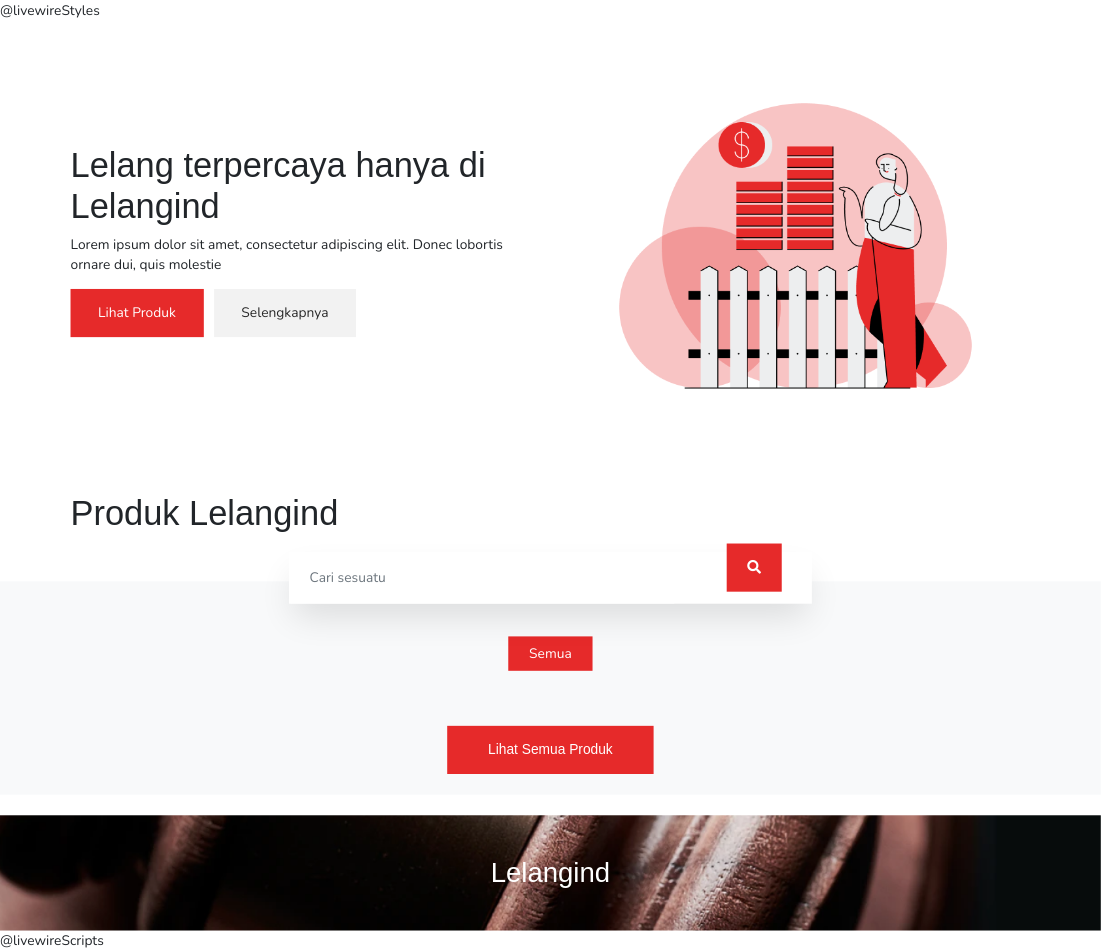
Repository: khulqu15/lelangyuk
Page: http://localhost/
An editor plug-in stored every save of this project. The page is shown before and after a run of saves, followed by the edit.
The browser window is 1280 px wide. The pictures show the whole page, at 86% of full size.
Backgrounds fixed to the window are drawn as part of the page. Some web fonts or font styles are not loaded; a fallback is used. The page is served by the project's Laravel application, run on PHP 8.4 with Laravel 8. Queries for data that is not in the repository find no rows.

Above is the page before, as saved 2021-02-15 15:59:11.

After the next 2 saves:
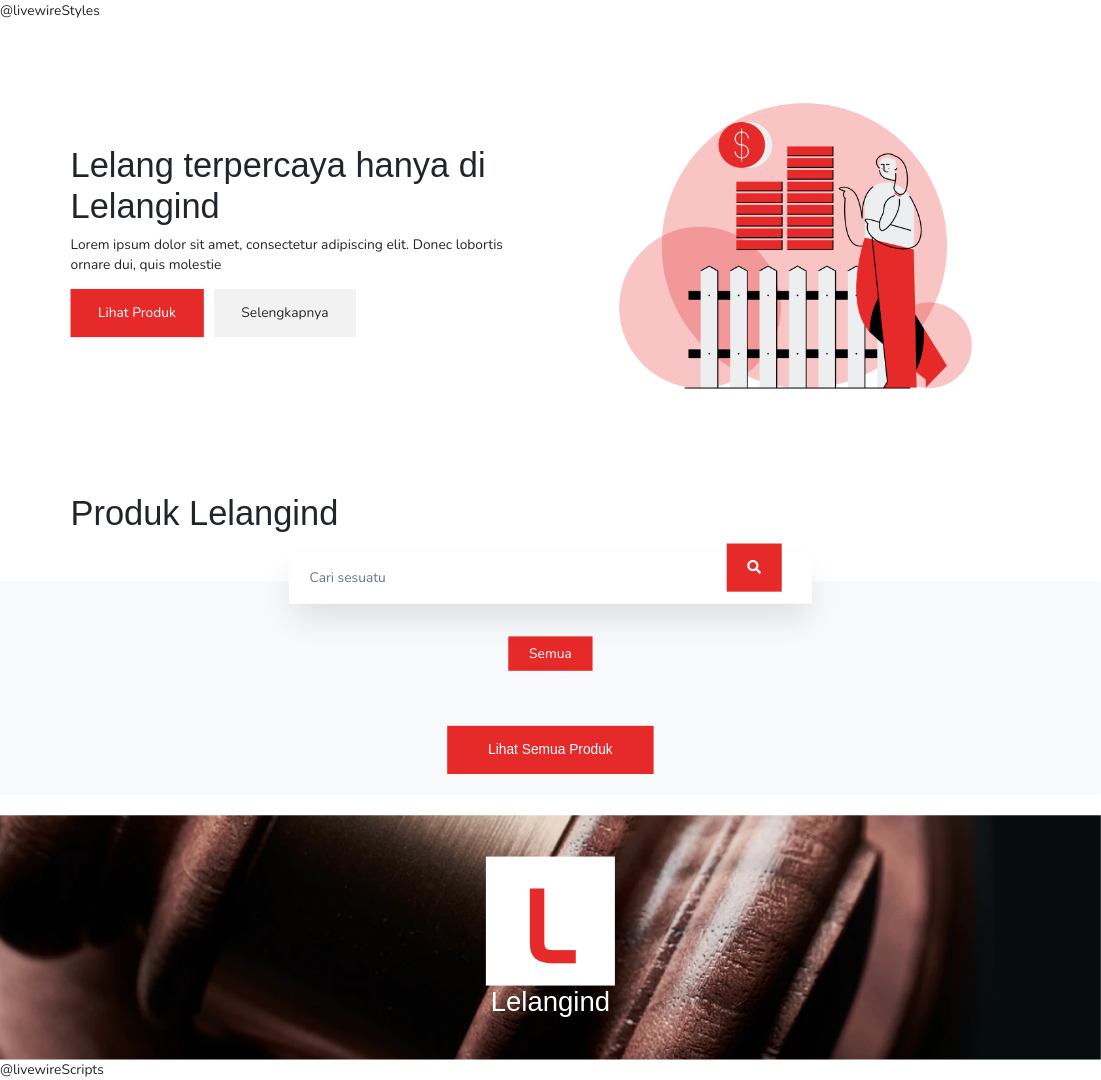
The 2 saves are shown as one change because they came seconds apart.
The last was saved 103 s later.
--- a/resources/views/welcome.blade.php
+++ b/resources/views/welcome.blade.php
@@ -91,6 +91,7 @@
 <div class="container-fluid py-5 bg-hammer-bottom">
     <div class="row">
         <div class="col-md-8 offset-md-2 text-center">
+            <img src="{{ asset('img/logo-white.png') }}" width="150px" alt="Logo">
             <h2 class="viga text-white mb-0">Lelangind</h2>
         </div>
     </div>
